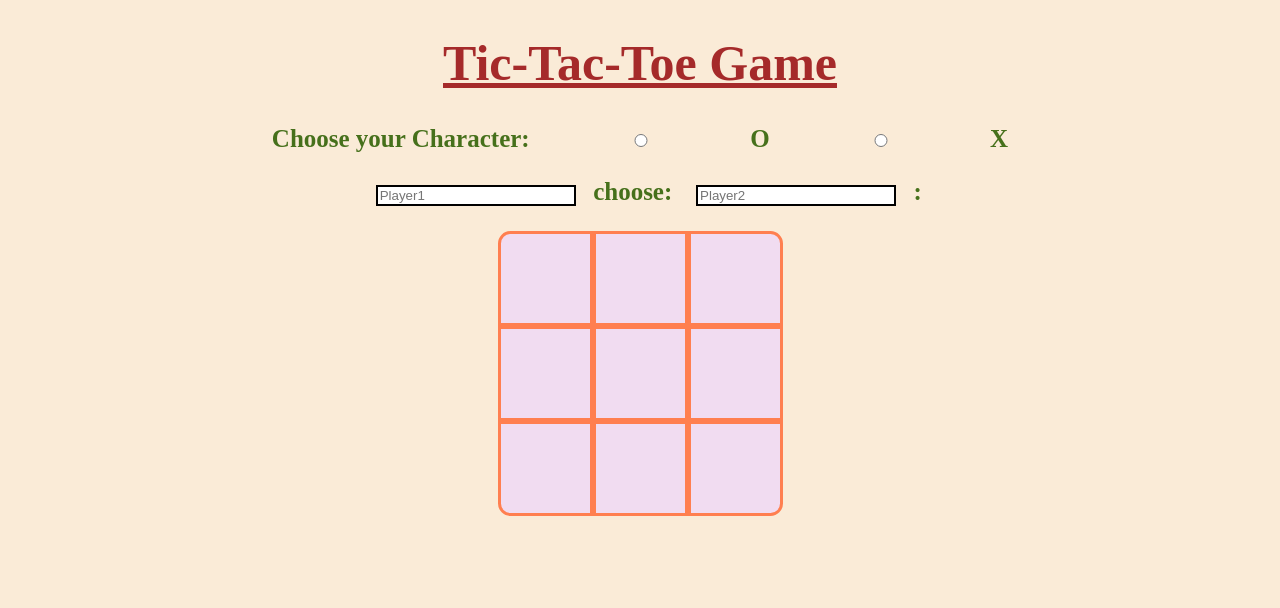
Repository: 0101chaitanya/Tic-Tac-Toe
Page: index.html
An editor plug-in stored every save of this project. The page is shown before and after the next save, followed by the edit.
The browser window is 1280 px wide. The pictures show the whole page.

Above is the page before, as saved 2021-06-12 13:52:20.

### index.html
<!DOCTYPE html>
<html>

<head>
    <meta charset="utf-8">
    <title>Tic-Tac-Toe Game</title>
    <meta name="viewport" content="width=device-width, initial-scale=1">

    <link rel="stylesheet" href="styles.css">
</head>

<body>
    <div id='block1'>
        <h1 id="heading">Tic-Tac-Toe Game</h1>
        <form id='form'>
            Choose your Character:
            <input value="O" name="radio" onclick="eventFun.setUser(this)" type="radio">
            <label for="O">O</label>
            <input value="X" name="radio" onclick="eventFun.setUser(this)" type="radio">
            <label for="X">X</label>

        </form>
        <div id="player">
            <input id='p1' type='text' placeholder='Player1'></input>choose:
            <input id='p2' type='text' placeholder='Player2'>:
        </div>

        <form id="gameSquare">
            <section id="row1">
                <div id="r1Column1"></div>
                <div id="rlColumn2"></div>
                <div id="rlColumn3"></div>
            </section>
            <section id="row2">
                <div id="r2Column1"></div>
                <div id="r2Column2"></div>
                <div id="r2Column3"></div>
            </section>
            <section id="row3">
                <div id="r3Column1"></div>
                <div id="r3Column2"></div>
                <div id="r3Column3"></div>
            </section>
        </form>
    </div>
    <div id="ResultBox">
        <span id="closebtn">&times;</span>
        <strong id="resultOut"></strong>
    </div>

</body>
<script type="text/javascript" src="script.js"></script>

</html>

### styles.css
:root {
    text-align: center;
    font-weight: bold;
}

* {
    box-sizing: border-box;
}

@media screen and (max-width: 400px) {
     :root {
        font-size: 14px;
    }
}

@media screen and (min-width: 401px) and (max-width: 700px) {
     :root {
        font-size: 18px;
    }
}

@media screen and (min-width: 701px) {
     :root {
        font-size: 25px;
    }
}

body {
    color: rgb(70, 112, 27);
    background: antiquewhite;
    font-weight: bold;
}

h1 {
    color: brown;
    text-decoration: underline;
    text-decoration-style: solid;
}

label>input {
    color: red;
    border: 1px solid;
}

#player {
    display: block;
    margin: 1rem auto 1rem auto;
    display: flexbox;
}

#player>input {
    margin: auto 0.7rem auto 0.7rem;
}

#gameSquare {
    width: min-content;
    height: min-content;
    display: block;
    margin: auto;
}

#gameSquare>section:nth-child(n) {
    /* border-style: solid;
     */
    width: min-content;
    height: min-content;
    display: flex;
    justify-content: center;
    align-items: center;
}

#gameSquare>section:nth-child(n)>div:nth-child(n) {
    display: flex;
    margin: auto;
    width: 3.8rem;
    height: 3.8rem;
    border-style: solid;
    border-width: 0.15rem;
    justify-content: center;
    align-items: center;
    font-size: 1.8rem;
    color: coral;
    background-color: rgb(241, 220, 241);
}

#gameSquare>section:nth-child(1)>div:nth-child(1) {
    border-top-left-radius: 0.5rem;
}

#gameSquare>section:nth-child(1)>div:nth-child(3) {
    border-top-right-radius: 0.5rem;
}

#gameSquare>section:nth-child(3)>div:nth-child(1) {
    border-bottom-left-radius: 0.5rem;
}

#gameSquare>section:nth-child(3)>div:nth-child(3) {
    border-bottom-right-radius: 0.5rem;
}

#ResultBox {
    height: fit-content;
    width: 13rem;
    display: none;
    margin-left: auto;
    margin-right: auto;
    margin-top: 3rem;
    position: relative;
    top: -12rem;
    border-color: rgb(162, 162, 192);
    background-color: rgb(15, 44, 138);
    color: white;
    opacity: 1;
    transition: opacity 0.6s;
    margin-bottom: 15px;
    border-radius: 1rem;
    padding: 1rem;
    text-align: center;
}

#resultOut {
    color: #f0e0e4;
    font-weight: bold;
}

#closebtn {
    margin-left: 15px;
    color: white;
    font-weight: bold;
    float: right;
    font-size: 22px;
    line-height: 20px;
    cursor: pointer;
    transition: 0.3s;
}

#closebtn:hover {
    color: rgb(38, 170, 82);
}

#player>div:nth-child(1)>input {
    color: aqua;
}

input {
    width: 8rem;
    height: auto;
    border: 2px solid;
}

### script.js
"use strict";

let eventFun = (function() {
    let user1Selection, user2Selection, runningCharacter;
    document.getElementById('p1').textContent += ` `;
    document.getElementById('p2').textContent += ` `;

    let runningNumber,
        result;
    let newArray;
    let count;

    let horizontalArray;
    let verticalArray;
    let diagonalArray;
    let array;


    function setUser(given) {
        localStorage.setItem("user1", given.value);

        document.querySelector(`#form`).submit();
    }

    function init() {
        runningNumber = 0;
        user1Selection = localStorage.getItem("user1");
        user2Selection =
            user1Selection != null ? (user1Selection === "X" ? "O" : "X") : null;
        runningCharacter = user1Selection;

        document.getElementById('p1').textContent += ` ` + user1Selection || ' ';
        document.getElementById('p2').textContent += ` ` + user2Selection || ' ';
        array = Array.from(
            document.getElementById("gameSquare").querySelectorAll("div")
        );
        newArray = Array(array.length).fill();
        count = 0;

        horizontalArray = undefined;
        verticalArray = undefined;
        diagonalArray = undefined;
        eventListen();
    }

    if (localStorage.getItem("user1") !== null) {
        init();
    }


    function switchRunChar() {
        runningCharacter = runningCharacter === "O" ? "X" : "O";
        runningNumber = runningNumber === 0 ? 1 : 0;
    }

    function arrayCreator(index, incrementer) {
        return [
            newArray[index],
            newArray[index + incrementer],
            newArray[index + 2 * incrementer],
        ];
    }

    function parser(arrayInput) {
        let arr = arrayInput.map((item, index) => {
            let res = item.reduce((stack, item) => {
                stack += item;
                return stack;
            });
            return res;
        });
        return arr;
    }

    function send(input) {
        let block1 = document.getElementById('block1');
        block1.style.filter = 'blur(0.5rem)';
        document.getElementById('ResultBox').style.display = 'block';
        document.getElementById('resultOut').textContent = input;
        let close = document.getElementById('closebtn');
        close.onclick = function() {
            localStorage.clear();
            //  init();
            document.getElementById('gameSquare').submit();
            let div = this.parentElement;
            div.style.opacity = '0';
            setTimeout(function() {
                document.getElementById('ResultBox').style.display = 'none';
                block1.style.filter = 'blur(0.0rem)';

            }, 60);
        };

    }

    function check(input) {
        input.forEach((item) => {
            if (item === 3) {
                result = item;
                send("Player 2 won");
            } else if (item === 0) {
                result = item;
                send("Player 1 won");
            }
        });
    }

    function checkWin() {
        horizontalArray = [
            arrayCreator(0, 1),
            arrayCreator(3, 1),
            arrayCreator(6, 1),
        ];
        verticalArray = [
            arrayCreator(0, 3),
            arrayCreator(1, 3),
            arrayCreator(2, 3),
        ];
        diagonalArray = [arrayCreator(0, 4), arrayCreator(2, 2)];

        let horizontalParsed = parser(horizontalArray);
        let verticalParsed = parser(verticalArray);

        let diagonalParsed = parser(diagonalArray);
        check(horizontalParsed);
        check(verticalParsed);
        check(diagonalParsed);

        if (count == 8) {
            console.table(horizontalArray, verticalArray, diagonalArray);
            console.table({
                horizontalParsed: horizontalParsed,
                verticalParsed: verticalParsed,
                diagonalParsed: diagonalParsed,
            });
            console.table(newArray);
            if (result == undefined) {
                send("draw");
            }
        }
    }

    let setOutput = function(e, index) {
        e.target.textContent = runningCharacter;
        e.target.removeEventListener("click", (e) => setOutput(e));
        newArray.splice(index, 1, runningNumber);
        switchRunChar();
        checkWin();

        count++;
    };

    function eventListen() {
        array.forEach((item, index) => {
            item.textContent = "";
            item.addEventListener("click", (e) => setOutput(e, index), { once: true });
        });
    }
    return { setUser };
})();

After the next save:
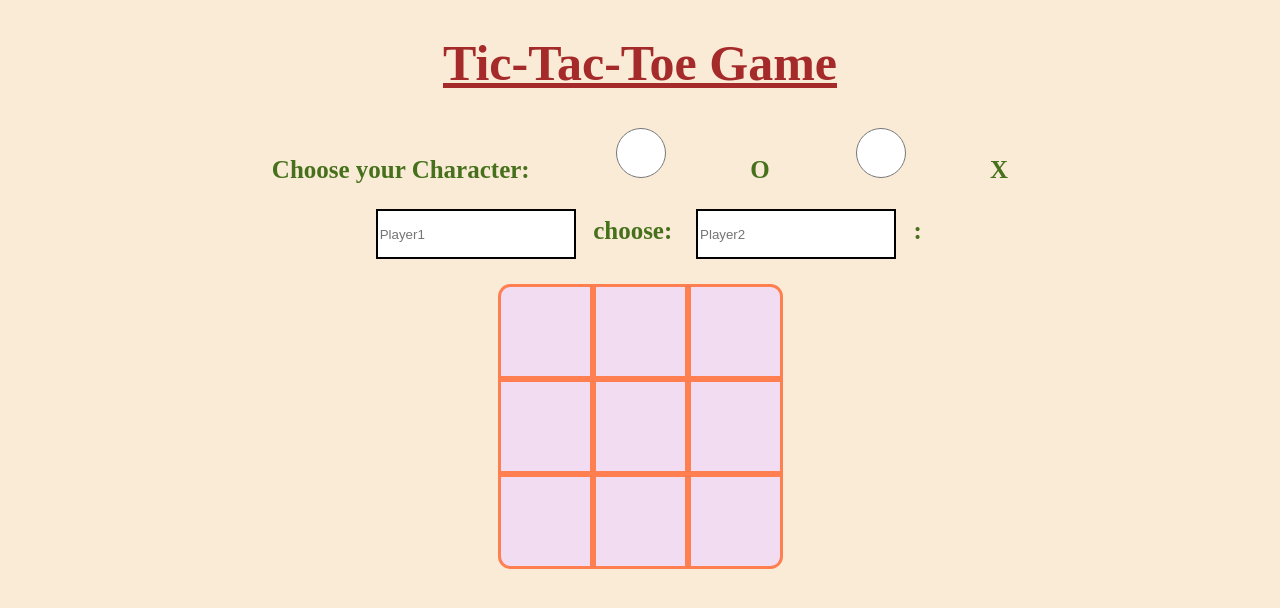
Saved 4 s later.
--- a/styles.css
+++ b/styles.css
@@ -145,6 +145,6 @@ label>input {
 
 input {
     width: 8rem;
-    height: auto;
+    height: 2rem;
     border: 2px solid;
 }
